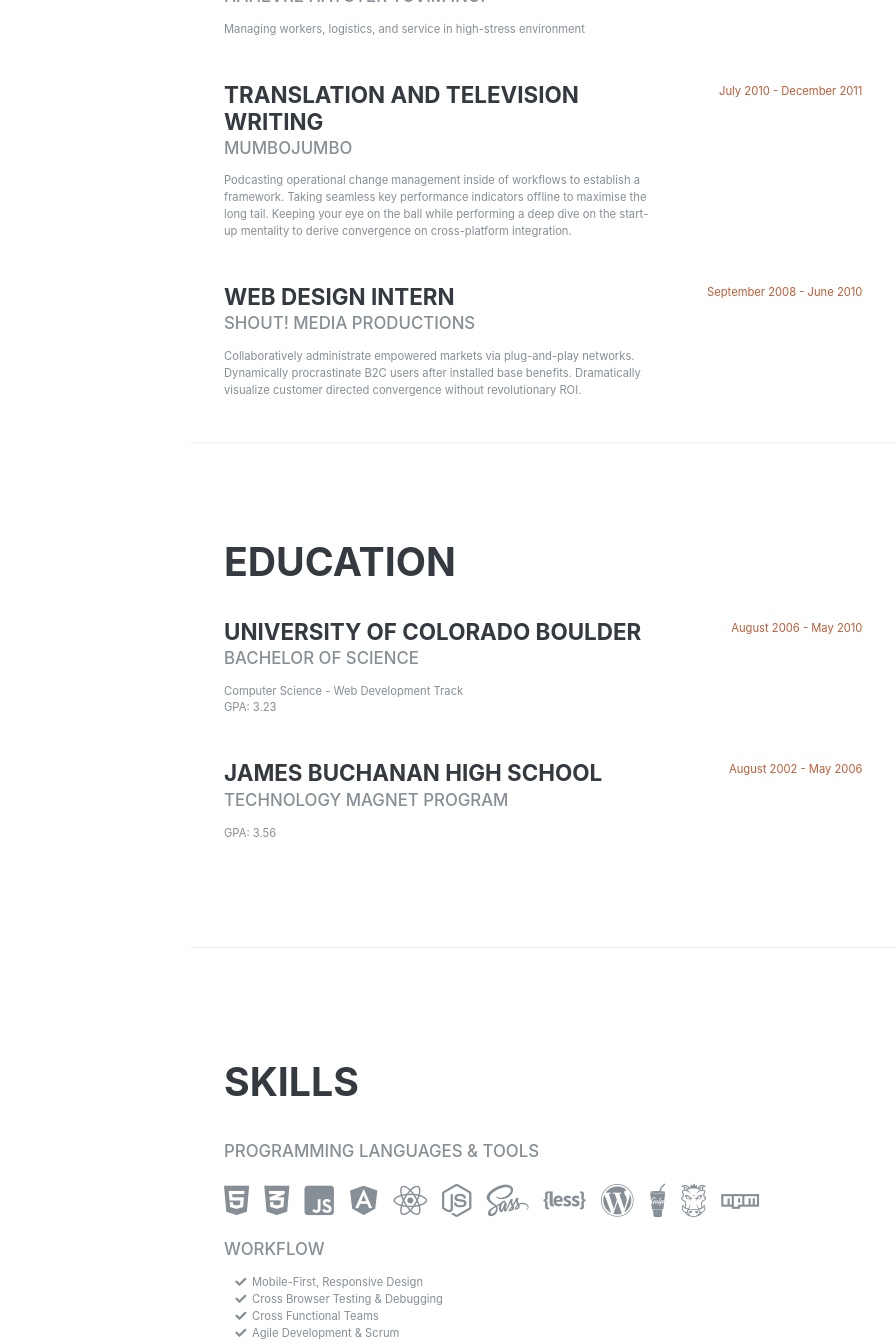
Repository: AlonGur/resume
Page: index.html
The author's editor kept a copy of each file at every save. The page is drawn from the files as they stood at one save, then again after the next save.
The browser window is 1280 px wide. The pictures show the part of the page from y = 946 to 2866 px (the page is 4462 px tall before and 4390 px after), at 70% of full size.
Some web fonts or font styles are not loaded; a fallback is used.

Above is the page before, as saved 2019-06-07 15:49:24.

### index.html
<!DOCTYPE html>
<html lang="en">

<head>

  <meta charset="utf-8">
  <meta name="viewport" content="width=device-width, initial-scale=1, shrink-to-fit=no">
  <meta name="description" content="">
  <meta name="author" content="">

  <title>Resume - Start Bootstrap Theme</title>

  <!-- Bootstrap core CSS -->
  <link href="vendor/bootstrap/css/bootstrap.min.css" rel="stylesheet">

  <!-- Custom fonts for this template -->
  <link href="https://fonts.googleapis.com/css?family=Saira+Extra+Condensed:500,700" rel="stylesheet">
  <link href="https://fonts.googleapis.com/css?family=Muli:400,400i,800,800i" rel="stylesheet">
  <link href="vendor/fontawesome-free/css/all.min.css" rel="stylesheet">

  <!-- Custom styles for this template -->
  <link href="css/resume.min.css" rel="stylesheet">

</head>

<body id="page-top">

  <nav class="navbar navbar-expand-lg navbar-dark bg-primary fixed-top" id="sideNav">
    <a class="navbar-brand js-scroll-trigger" href="#page-top">
      <span class="d-block d-lg-none">Alon Gur</span>
      <span class="d-none d-lg-block">
        <img class="img-fluid img-profile rounded-circle mx-auto mb-2" src="img/profile.jpg" alt="">
      </span>
    </a>
    <button class="navbar-toggler" type="button" data-toggle="collapse" data-target="#navbarSupportedContent" aria-controls="navbarSupportedContent" aria-expanded="false" aria-label="Toggle navigation">
      <span class="navbar-toggler-icon"></span>
    </button>
    <div class="collapse navbar-collapse" id="navbarSupportedContent">
      <ul class="navbar-nav">
        <li class="nav-item">
          <a class="nav-link js-scroll-trigger" href="#about">About</a>
        </li>
        <li class="nav-item">
          <a class="nav-link js-scroll-trigger" href="#experience">Experience</a>
        </li>
        <li class="nav-item">
          <a class="nav-link js-scroll-trigger" href="#education">Education</a>
        </li>
        <li class="nav-item">
          <a class="nav-link js-scroll-trigger" href="#skills">Skills</a>
        </li>
        <li class="nav-item">
          <a class="nav-link js-scroll-trigger" href="#interests">Interests</a>
        </li>
        <li class="nav-item">
          <a class="nav-link js-scroll-trigger" href="#awards">Awards</a>
        </li>
      </ul>
    </div>
  </nav>

  <div class="container-fluid p-0">

    <section class="resume-section p-3 p-lg-5 d-flex align-items-center" id="about">
      <div class="w-100">
        <h1 class="mb-0">Alon
          <span class="text-primary">Gur</span>
        </h1>
        <div class="subheading mb-5">Dish to Web Developer
          <a href="mailto:name@email.com">gur.alon@gmail.com</a>
        </div>
        <p class="lead mb-5">This former kitchen cook and manager is trading in his knife for a keyboard! Dedicated hard-working team-player looking for his next challenge in life. Technologically and goal oriented, with an eye for detail, and a passion to develop in the development world.


        </p>
        <div class="social-icons">
          <a href="https://www.linkedin.com/in/GurAlon">
            <i class="fab fa-linkedin-in"></i>
          </a>
          <a href="www.github.com/AlonGur ">
            <i class="fab fa-github"></i>
          </a>
        </div>
      </div>
    </section>

    <hr class="m-0">

    <section class="resume-section p-3 p-lg-5 d-flex justify-content-center" id="experience">
      <div class="w-100">
        <h2 class="mb-5">Work Experience</h2>

        <div class="resume-item d-flex flex-column flex-md-row justify-content-between mb-5">
          <div class="resume-content">
            <h3 class="mb-0">Kitchen Manager and Cook</h3>
            <div class="subheading mb-3"> HaHevre HaYoter Tovim Inc.</div>
            <p> Managing workers, logistics, and service in high-stress environment</p>
          </div>
          <div class="resume-date text-md-right">
            <span class="text-primary">March 2013 - Present</span>
          </div>
        </div>

        <div class="resume-item d-flex flex-column flex-md-row justify-content-between mb-5">
          <div class="resume-content">
            <h3 class="mb-0">Translation and Television Writing</h3>
            <div class="subheading mb-3">MumboJumbo</div>
            <p>Podcasting operational change management inside of workflows to establish a framework. Taking seamless key performance indicators offline to maximise the long tail. Keeping your eye on the ball while performing a deep dive on the start-up mentality to derive convergence on cross-platform integration.</p>
          </div>
          <div class="resume-date text-md-right">
            <span class="text-primary">July 2010 - December 2011</span>
          </div>
        </div>

        <div class="resume-item d-flex flex-column flex-md-row justify-content-between">
          <div class="resume-content">
            <h3 class="mb-0">Web Design Intern</h3>
            <div class="subheading mb-3">Shout! Media Productions</div>
            <p>Collaboratively administrate empowered markets via plug-and-play networks. Dynamically procrastinate B2C users after installed base benefits. Dramatically visualize customer directed convergence without revolutionary ROI.</p>
          </div>
          <div class="resume-date text-md-right">
            <span class="text-primary">September 2008 - June 2010</span>
          </div>
        </div>

      </div>

    </section>

    <hr class="m-0">

    <section class="resume-section p-3 p-lg-5 d-flex align-items-center" id="education">
      <div class="w-100">
        <h2 class="mb-5">Education</h2>

        <div class="resume-item d-flex flex-column flex-md-row justify-content-between mb-5">
          <div class="resume-content">
            <h3 class="mb-0">University of Colorado Boulder</h3>
            <div class="subheading mb-3">Bachelor of Science</div>
            <div>Computer Science - Web Development Track</div>
            <p>GPA: 3.23</p>
          </div>
          <div class="resume-date text-md-right">
            <span class="text-primary">August 2006 - May 2010</span>
          </div>
        </div>

        <div class="resume-item d-flex flex-column flex-md-row justify-content-between">
          <div class="resume-content">
            <h3 class="mb-0">James Buchanan High School</h3>
            <div class="subheading mb-3">Technology Magnet Program</div>
            <p>GPA: 3.56</p>
          </div>
          <div class="resume-date text-md-right">
            <span class="text-primary">August 2002 - May 2006</span>
          </div>
        </div>

      </div>
    </section>

    <hr class="m-0">

    <section class="resume-section p-3 p-lg-5 d-flex align-items-center" id="skills">
      <div class="w-100">
        <h2 class="mb-5">Skills</h2>

        <div class="subheading mb-3">Programming Languages &amp; Tools</div>
        <ul class="list-inline dev-icons">
          <li class="list-inline-item">
            <i class="fab fa-html5"></i>
          </li>
          <li class="list-inline-item">
            <i class="fab fa-css3-alt"></i>
          </li>
          <li class="list-inline-item">
            <i class="fab fa-js-square"></i>
          </li>
          <li class="list-inline-item">
            <i class="fab fa-angular"></i>
          </li>
          <li class="list-inline-item">
            <i class="fab fa-react"></i>
          </li>
          <li class="list-inline-item">
            <i class="fab fa-node-js"></i>
          </li>
          <li class="list-inline-item">
            <i class="fab fa-sass"></i>
          </li>
          <li class="list-inline-item">
            <i class="fab fa-less"></i>
          </li>
          <li class="list-inline-item">
            <i class="fab fa-wordpress"></i>
          </li>
          <li class="list-inline-item">
            <i class="fab fa-gulp"></i>
          </li>
          <li class="list-inline-item">
            <i class="fab fa-grunt"></i>
          </li>
          <li class="list-inline-item">
            <i class="fab fa-npm"></i>
          </li>
        </ul>

        <div class="subheading mb-3">Workflow</div>
        <ul class="fa-ul mb-0">
          <li>
            <i class="fa-li fa fa-check"></i>
            Mobile-First, Responsive Design</li>
          <li>
            <i class="fa-li fa fa-check"></i>
            Cross Browser Testing &amp; Debugging</li>
          <li>
            <i class="fa-li fa fa-check"></i>
            Cross Functional Teams</li>
          <li>
            <i class="fa-li fa fa-check"></i>
            Agile Development &amp; Scrum</li>
        </ul>
      </div>
    </section>

    <hr class="m-0">

    <section class="resume-section p-3 p-lg-5 d-flex align-items-center" id="interests">
      <div class="w-100">
        <h2 class="mb-5">Interests</h2>
        <p>Apart from being a web developer, I enjoy most of my time being outdoors. In the winter, I am an avid skier and novice ice climber. During the warmer months here in Colorado, I enjoy mountain biking, free climbing, and kayaking.</p>
        <p class="mb-0">When forced indoors, I follow a number of sci-fi and fantasy genre movies and television shows, I am an aspiring chef, and I spend a large amount of my free time exploring the latest technology advancements in the front-end web development world.</p>
      </div>
    </section>

    <hr class="m-0">

    <section class="resume-section p-3 p-lg-5 d-flex align-items-center" id="awards">
      <div class="w-100">
        <h2 class="mb-5">Awards &amp; Certifications</h2>
        <ul class="fa-ul mb-0">
          <li>
            <i class="fa-li fa fa-trophy text-warning"></i>
            Google Analytics Certified Developer</li>
          <li>
            <i class="fa-li fa fa-trophy text-warning"></i>
            Mobile Web Specialist - Google Certification</li>
          <li>
            <i class="fa-li fa fa-trophy text-warning"></i>
            1<sup>st</sup>
            Place - University of Colorado Boulder - Emerging Tech Competition 2009</li>
          <li>
            <i class="fa-li fa fa-trophy text-warning"></i>
            1<sup>st</sup>
            Place - University of Colorado Boulder - Adobe Creative Jam 2008 (UI Design Category)</li>
          <li>
            <i class="fa-li fa fa-trophy text-warning"></i>
            2<sup>nd</sup>
            Place - University of Colorado Boulder - Emerging Tech Competition 2008</li>
          <li>
            <i class="fa-li fa fa-trophy text-warning"></i>
            1<sup>st</sup>
            Place - James Buchanan High School - Hackathon 2006</li>
          <li>
            <i class="fa-li fa fa-trophy text-warning"></i>
            3<sup>rd</sup>
            Place - James Buchanan High School - Hackathon 2005</li>
        </ul>
      </div>
    </section>

  </div>

  <!-- Bootstrap core JavaScript -->
  <script src="vendor/jquery/jquery.min.js"></script>
  <script src="vendor/bootstrap/js/bootstrap.bundle.min.js"></script>

  <!-- Plugin JavaScript -->
  <script src="vendor/jquery-easing/jquery.easing.min.js"></script>

  <!-- Custom scripts for this template -->
  <script src="js/resume.min.js"></script>

</body>

</html>

Loaded but not shown: vendor/bootstrap/css/bootstrap.min.css (library); vendor/fontawesome-free/css/all.min.css (library); css/resume.min.css (library); vendor/jquery/jquery.min.js (library); vendor/bootstrap/js/bootstrap.bundle.min.js (library); vendor/jquery-easing/jquery.easing.min.js (common file); js/resume.min.js (common file)

After the next save:
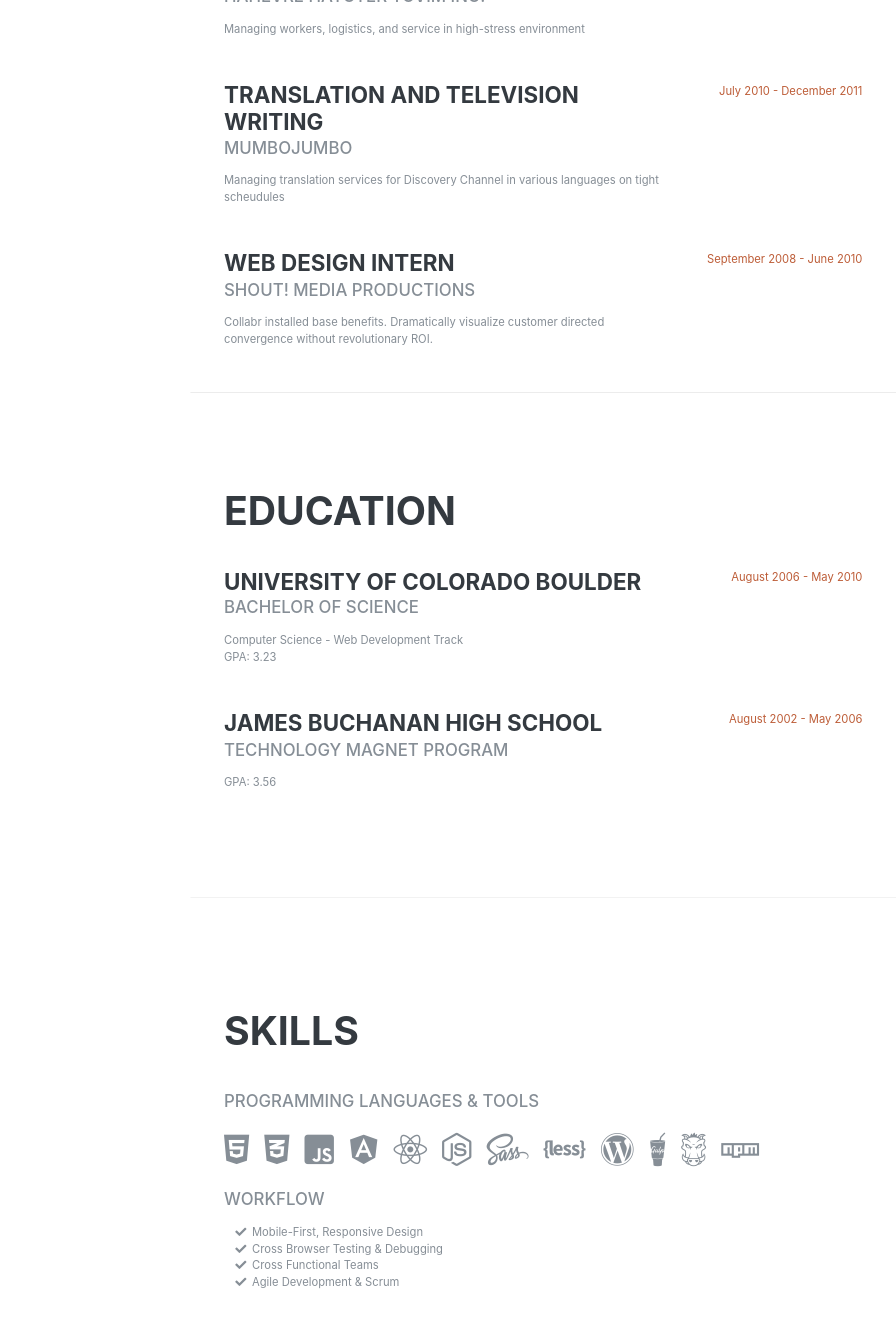
Saved 2 min 56 s later.
--- a/index.html
+++ b/index.html
@@ -105,8 +105,11 @@
           <div class="resume-content">
             <h3 class="mb-0">Translation and Television Writing</h3>
             <div class="subheading mb-3">MumboJumbo</div>
-            <p>Podcasting operational change management inside of workflows to establish a framework. Taking seamless key performance indicators offline to maximise the long tail. Keeping your eye on the ball while performing a deep dive on the start-up mentality to derive convergence on cross-platform integration.</p>
-          </div>
+<p>
+  Managing translation services for Discovery Channel in various languages on tight scheudules
+</p>
+<p></p>
+</div>
           <div class="resume-date text-md-right">
             <span class="text-primary">July 2010 - December 2011</span>
           </div>
@@ -116,7 +119,7 @@
           <div class="resume-content">
             <h3 class="mb-0">Web Design Intern</h3>
             <div class="subheading mb-3">Shout! Media Productions</div>
-            <p>Collaboratively administrate empowered markets via plug-and-play networks. Dynamically procrastinate B2C users after installed base benefits. Dramatically visualize customer directed convergence without revolutionary ROI.</p>
+            <p>Collabr installed base benefits. Dramatically visualize customer directed convergence without revolutionary ROI.</p>
           </div>
           <div class="resume-date text-md-right">
             <span class="text-primary">September 2008 - June 2010</span>
